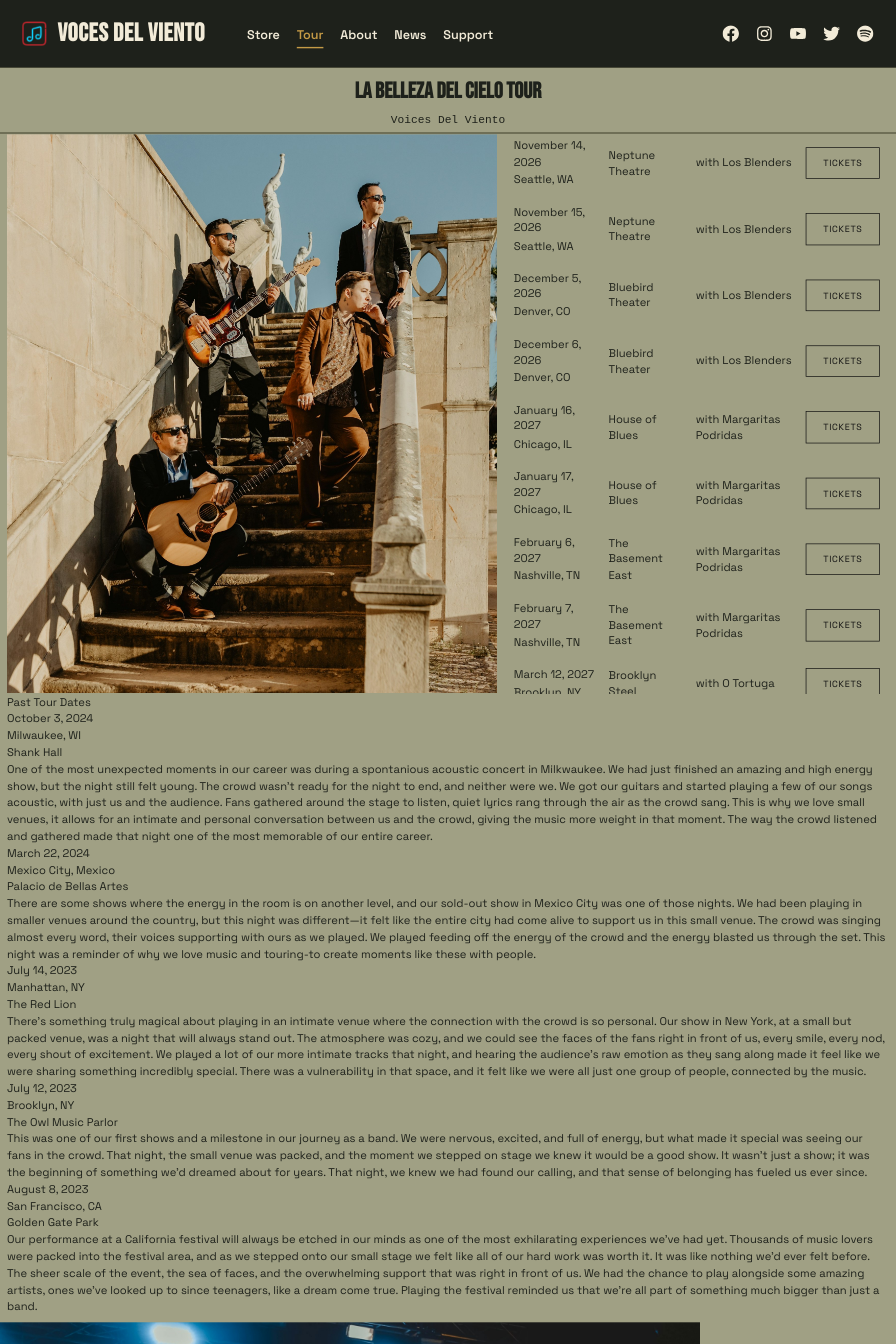
Repository: lime929/voices-del-viento
Page: /tour
These files come from the project's save history. The page is drawn as it stood at one moment and after the next save; the edit follows.
The browser window is 1280 px wide. The pictures show the part of the page from y = 0 to 1920 px (the page is 9957 px tall), at 70% of full size.
An inner scrolling area shows only its first screen. The project was rebuilt for these pictures with package versions that can differ from the ones it lists, and the page was loaded fresh each time. The framework's server and built-in components were replaced by stand-ins that run in the browser. Also part of the build but not shown: next.config.mjs.

Above is the page before, as saved 2026-09-14 15:18:19.

### app/layout.jsx
import '../app/globals.css';
import Footer from '../app/components/Footer';
import NavBar from '../app/components/NavBar';


export const metadata = {
  title: "Voces del Viento",
  description:
    "Voces del Viento is a Mexican indie rock band from Michoacán, blending classic Latin rock influences with modern sounds inspired by Caifanes, Juanes, and Los Enanitos Verdes. Discover their heartfelt music, cultural roots, and energetic live performances.",
  keywords: [
    "Voces del Viento",
    "Mexican indie rock",
    "Michoacán, Mexico",
    "Latin rock",
    "Alternative music",
    "band from Mexico",
    "indie music",
  ],
};

export default function MainLayout({ children }) {
  return (
    <html lang="en">
      <body>
        <NavBar />
        {children}
        <Footer />
      </body>
    </html>
  );
}

### app/tour/page.jsx
import styles from "./page.module.css";
import TourCurrent from "../components/TourCurrent";
import TourPast from "../components/TourPast";
import tours from "./tours.json";
import Image from "next/image";
import tourImage from "../../public/images/tour/tourImage.jpg";
import TourGallery from "../components/TourGallery";

export const metadata = {
  title: "Voces del Viento | Tour",
  description: "Live performances and tour dates for Voces del Viento. Check out our upcoming concerts and events.",
  keywords: [
    "Voces del Viento",
    "Concert announcements",
    "Live performances",
    "Tour dates",
    "Music events",
    "Band tour",
    "Live music",
    "Concert schedule",
    "Tour updates",
    "Music tour"
  ]
};

export default function TourPage() {
  const upcomingTours = tours.filter((tour) => tour.status === "upcoming");
  const pastTours = tours.filter((tour) => tour.status === "past");

  return (
    <>
      <div className={styles.tourContainer}>
      <div className={styles.tourHeader}>
        <h2 className={styles.tourTitle}>La Belleza del Cielo Tour</h2>
        <h4 className={styles.bandName}>Voices Del Viento</h4>
      </div>
       <div className={styles.currentColumns}>
  <div className={styles.currentTourImageWrap}>
          <Image
            src={tourImage}
            alt="Band's Tour image"
            width={700}
            height={800}
            sizes="100vw"
            className={styles.tourImage}
          />
        </div>
          <div className={styles.currentTourList}>
            {upcomingTours.map((tour) => (
            <TourCurrent key={tour.id} tour={tour} />
          ))}
          </div>
        </div>

        <div className={styles.pastTourList}>
          <h3 className={styles.pastTourTitle}>Past Tour Dates</h3>
          {pastTours.map((tour) => (
            <TourPast key={tour.id} tour={tour} />
          ))}
        </div>
      </div>
      <TourGallery />
    </>
  );
}

### app/globals.css
/* @import url("https://fonts.googleapis.com/css2?family=Bebas+Neue&family=DM+Sans:opsz,wght@9..40,400;9..40,500;9..40,600;9..40,700&family=Space+Mono:wght@400;700&display=swap");
@import url('https://fonts.googleapis.com/css2?family=Space+Grotesk:wght@300..700&display=swap'); */

@import url('https://fonts.googleapis.com/css2?family=Archivo+Black&family=Bebas+Neue&family=DM+Sans:ital,opsz,wght@0,9..40,100..1000;1,9..40,100..1000&family=Oswald:wght@200..700&family=Roboto+Mono:ital,wght@0,100..700;1,100..700&family=Space+Grotesk:wght@300..700&display=swap');
@import "tailwindcss";

@theme {
      /* Large headings and album titles */
  --font-display: "Bebas Neue", sans-serif;
    /* Paragraphs, navigation, and buttons */
  --font-body: "Space Grotesk", sans-serif;
    /* Dates, labels, and small details */
  --font-mono: "Space Mono", monospace;

    /* Main page background */
  --color-band-bg: #A0A084;
    /* Main text, dark sections & footer */
  --color-band-ink: #1E211B;
    /* Text on dark/red backgrounds */
  --color-band-cream: #F2EBD8;
    /* Borders and secondary accents */
  --color-band-olive: #5a5a44;
    /* Small highlights and labels */
  --color-band-gold: #C49A46;
}

body {
  font-family: var(--font-body);
  background-color: var(--color-band-bg);
  color: var(--color-band-ink);
  margin: 0;
  padding: 0;
}

### app/components/Footer.jsx
export default function Footer() {
  return (
    <footer className="border-t border-band-olive bg-band-ink py-8 px-4 sm:px-6">
      <div className="mx-auto max-w-6xl">
        <div className="flex flex-col items-center justify-between gap-8 text-sm md:flex-row">
          {/* Copyright */}
          <div className="order-2 text-center md:order-1 md:text-left">
            <p className="font-semibold text-band-cream">
              © {new Date().getFullYear()}{' '}
              <span className="font-black text-band-cream">Voices Del Viento</span>
            </p>
            <p className="mt-1 font-mono text-xs tracking-wider text-band-gold">
              Made with Next.js & Tailwind by Liliana Mendez
            </p>
          </div>

          {/* Right links */}
          <nav className="order-1 flex items-center gap-6 md:order-2">
            <a
              href="/store"
              className="border-b-2 border-transparent pb-1 text-sm font-semibold text-band-cream transition-all duration-200 hover:border-band-gold hover:text-band-gold"
            >
              Store
            </a>
            <a
              href="/tour"
              className="border-b-2 border-transparent pb-1 text-sm font-semibold text-band-cream transition-all duration-200 hover:border-band-gold hover:text-band-gold"
            >
              Tour
            </a>
            <a
              href="/about"
              className="border-b-2 border-transparent pb-1 text-sm font-semibold text-band-cream transition-all duration-200 hover:border-band-gold hover:text-band-gold"
            >
              About
            </a>
            <a
              href="/news"
              className="border-b-2 border-transparent pb-1 text-sm font-semibold text-band-cream transition-all duration-200 hover:border-band-gold hover:text-band-gold"
            >
              News
            </a>
            <a
              href="/support"
              className="border-b-2 border-transparent pb-1 text-sm font-semibold text-band-cream transition-all duration-200 hover:border-band-gold hover:text-band-gold"
            >
              Support
            </a>
          </nav>
        </div>
      </div>
    </footer>
  );
}

### app/components/NavBar.jsx
'use client';
import { useState } from "react";
import Link from "next/link";
import Image from "next/image";
import { usePathname } from "next/navigation";
import { FaBars, FaTimes, FaFacebook, FaInstagram, FaYoutube, FaTwitter,FaSpotify } from "react-icons/fa";
import logoIcon from '../../app/icon.png';

export default function NavBar() {
  const [isMobileMenuOpen, setIsMobileMenuOpen] = useState(false);
  const pathname = usePathname();

  return (
    <>
      <nav className="bg-band-ink border-b border-band-olive sticky top-0 z-50">
        <div className="px-4 lg:px-6">
          <div className="relative flex h-24 items-center justify-between">

            {/* Mobile menu button: always positioned absolute left and hidden on md+ screens */}
            <div className="absolute inset-y-0 left-0 flex items-center md:hidden">
              <button
                onClick={() => setIsMobileMenuOpen(!isMobileMenuOpen)}
                className="inline-flex items-center justify-center p-2 rounded-md text-band-cream hover:text-band-gold hover:bg-band-olive/20 focus:outline-none focus:ring-2 focus:ring-band-gold"
                aria-controls="mobile-menu"
                aria-expanded={isMobileMenuOpen}
              >
                <span className="sr-only">Open main menu</span>
                {isMobileMenuOpen ? (
                  <FaTimes className="block h-6 w-6" />
                ) : (
                  <FaBars className="block h-6 w-6" />
                )}
              </button>
            </div>

            <div className="flex flex-1 items-center justify-center md:justify-start">
              <Link href="/" className="flex flex-shrink-0 items-center gap-2 hover:opacity-90 transition">
                <Image
                  src={logoIcon}
                  alt="Voices Del Viento Logo"
                  width={50}
                  height={50}
                  priority
                />

                <span className="hidden font-display text-4xl font-bold uppercase tracking-wide text-band-cream transition-colors hover:text-band-gold md:block md:mr-9">
                Voces Del Viento
                </span>
              </Link>


              <div className="hidden md:ml-6 md:block md:pt-2">
                <div className="flex space-x-4 lg:space-x-6">
                  <Link
                    href="/store"
                    className={`${
                      pathname === "/store" ? "border-b-2 border-band-gold text-band-gold" : "border-b-2 border-transparent text-band-cream hover:text-band-gold hover:border-band-gold"
                    } text-lg font-semibold pb-1 transition-all`}
                  >
                    Store
                  </Link>
                  <Link
                    href="/tour"
                    className={`${
                      pathname === "/tour" ? "border-b-2 border-band-gold text-band-gold" : "border-b-2 border-transparent text-band-cream hover:text-band-gold hover:border-band-gold"
                    } text-lg font-semibold pb-1 transition-all`}
                  >
                    Tour
                  </Link>
                  <Link
                    href="/about"
                    className={`${
                      pathname === "/about" ? "border-b-2 border-band-gold text-band-gold" : "border-b-2 border-transparent text-band-cream hover:text-band-gold hover:border-band-gold"
                    } text-lg font-semibold pb-1 transition-all`}
                  >
                    About
                  </Link>
                  <Link
                    href="/news"
                    className={`${
                      pathname === "/news" ? "border-b-2 border-band-gold text-band-gold" : "border-b-2 border-transparent text-band-cream hover:text-band-gold hover:border-band-gold"
                    } text-lg font-semibold pb-1 transition-all`}
                  >
                    News
                  </Link>
                  <Link
                    href="/support"
                    className={`${
                      pathname === "/support" ? "border-b-2 border-band-gold text-band-gold" : "border-b-2 border-transparent text-band-cream hover:text-band-gold hover:border-band-gold"
                    } text-lg font-semibold pb-1 transition-all`}
                  >
                    Support
                  </Link>
                </div>
              </div>
            </div>

            <div className="absolute inset-y-0 right-0 flex items-center pr-2 md:static md:ml-6 md:pr-0">
              <div className="flex items-center gap-2 text-band-cream">
             <button className="relative p-2 rounded-full transition-transform duration-250 ease-in-out hover:scale-110 hover:text-band-gold">
                    <FaFacebook className="h-6 w-6" />
                </button>
             <button className="relative p-2 rounded-full transition-transform duration-250 ease-in-out hover:scale-110 hover:text-band-gold">
                    <FaInstagram className="h-6 w-6" />
                </button>
             <button className="relative p-2 rounded-full transition-transform duration-250 ease-in-out hover:scale-110 hover:text-band-gold">
                    <FaYoutube className="h-6 w-6" />
                </button>
             <button className="relative p-2 rounded-full transition-transform duration-250 ease-in-out hover:scale-110 hover:text-band-gold">
                    <FaTwitter className="h-6 w-6" />
                </button>
            <button className="relative p-2 rounded-full transition-transform duration-250 ease-in-out hover:scale-110 hover:text-band-gold">
                    <FaSpotify className="h-6 w-6" />
                </button>
              </div>
            </div>
          </div>
        </div>

        {/* Mobile menu */}
        {isMobileMenuOpen && (
          <div className="md:hidden bg-band-ink/95 backdrop-blur-md border-t border-band-olive px-4 pb-4 pt-2 space-y-1">
            <Link
              href="/store"
              className={`${
                pathname === "/store" ? "bg-band-olive/20 text-band-cream" : "border-b-2 border-transparent text-band-cream hover:bg-band-olive/20 hover:text-band-gold"
              } block rounded-md px-3 py-3 text-base font-semibold transition-colors`}
              onClick={() => setIsMobileMenuOpen(false)}
            >
              Store
            </Link>
            <Link
              href="/tour"
              className={`${
                pathname === "/tour" ? "bg-band-olive/20 text-band-cream" : "border-b-2 border-transparent text-band-cream hover:bg-band-olive/20 hover:text-band-gold"
              } block rounded-md px-3 py-3 text-base font-semibold transition-colors`}
              onClick={() => setIsMobileMenuOpen(false)}
            >
              Tour
            </Link>
            <Link
              href="/about"
              className={`${
                pathname === "/about" ? "bg-band-olive/20 text-band-cream" : "border-b-2 border-transparent text-band-cream hover:bg-band-olive/20 hover:text-band-gold"
              } block rounded-md px-3 py-3 text-base font-semibold transition-colors`}
              onClick={() => setIsMobileMenuOpen(false)}
            >
              About
            </Link>
            <Link
              href="/news"
              className={`${
                pathname === "/news" ? "bg-band-olive/20 text-band-cream" : "border-b-2 border-transparent text-band-cream hover:bg-band-olive/20 hover:text-band-gold"
              } block rounded-md px-3 py-3 text-base font-semibold transition-colors`}
              onClick={() => setIsMobileMenuOpen(false)}
            >
              News
            </Link>
            <Link
              href="/support"
              className={`${
                pathname === "/support" ? "bg-band-olive/20 text-band-cream" : "border-b-2 border-transparent text-band-cream hover:bg-band-olive/20 hover:text-band-gold"
              } block rounded-md px-3 py-3 text-base font-semibold transition-colors`}
              onClick={() => setIsMobileMenuOpen(false)}
            >
              Support
            </Link>
          </div>
        )}
      </nav>
    </>
  );
}

### app/tour/page.module.css
/* Tour banner */
.tourContainer {
  display: flex;
  flex-direction: column;
  padding: 10px;
  background-color: var(--color-band-bg);
}
.tourHeader {
    align-items: center;
    text-align: center;
    width: 100vw;
    margin-left: calc(50% - 50vw);
    box-sizing: border-box;
}

.bandName {
  font-family: var(--font-mono);
  border-bottom: 2px solid var(--color-band-olive);
  padding-bottom: 5px;
}

.tourTitle {
  font-size: 2rem;
  font-weight: bold;
  margin-bottom: 5px;
  color: var(--color-band-ink);
  font-family: var(--font-display);
}

/* current tour */
.currentColumns {
  display: grid;
  grid-template-columns: 1fr 1fr;
  align-items: center;
  width: 100%;
}

.currentTourImageWrap {
  width: 700px;
  margin-top: 0;
  /* margin-left: 16px */
}

.tourImage {
  width: 100%;
  height: auto;
  display: block;
}

.currentTourList {
  display: flex;
  flex-direction: column;
  gap: 0;
  max-height: 800px;
  overflow-y: auto;
  padding-right: 0.5rem;
}

.tourEntry {
  display: grid;
  grid-template-columns: 1.1fr 1fr 1.3fr auto;
  grid-template-rows: auto auto;
  align-items: center;
  gap: 1rem;
  padding: 0.4rem 0.3rem 0.1rem 1.5rem;
}

.tourEntry:hover {
  background-color: rgba(0, 0, 0, 0.05);
  transition: background-color 0.2s ease;
}

.tourDateLocation {
  display: flex;
  flex-direction: column;
  gap: 0.2rem;
}

.tourDateCell,
.tourLocationCell,
.tourVenueCell,
.tourGuestCell {
  font-size: 1rem;
  line-height: 1.4;
  margin: 0;
}

.tourTickets {
  justify-self: end;
  padding: 0.75rem 1.5rem;
  border: 1px solid #111;
  text-decoration: none;
  color: #111;
  text-transform: uppercase;
  letter-spacing: 0.08em;
  font-size: 0.8rem;
  transition: background-color 0.2s ease, color 0.2s ease;
}

.tourTickets:hover {
  background-color: #111;
  color: #fff;
}

/* Tour Gallery */
/* Default thumbnail styling */
.tourGalleryImage {
  width: 100%;
  height: auto;
  cursor: zoom-in;
  transition: transform 0.3s ease; /* Smooth enlargement effect */
}

/* Styling applied when the image is clicked */
.tourGalleryImage.enlarged {
  transform: scale(2); /* Doubles the size. Adjust the scale ratio as needed */
  cursor: zoom-out;
  z-index: 999;        /* Layers it above other elements */
  position: relative;  /* Ensures z-index takes effect */
}

### app/components/TourCurrent.jsx
import styles from "../tour/page.module.css";

export default function TourCurrent({ tour }) {
  return (
    <div className={styles.tourEntry}>
      <div className={styles.tourDateLocation}>
        <div className={styles.tourDateCell}>{tour.date}</div>
        <div className={styles.tourLocationCell}>{tour.location}</div>
      </div>

      <div className={styles.tourVenueCell}>{tour.venue}</div>

      {tour.specialGuest && (
        <div className={styles.tourGuestCell}>{tour.specialGuest}</div>
      )}

      {tour.tickets && (
        <a
          href={tour.tickets.href}
          className={styles.tourTickets}
          target="_blank"
        >
          {tour.tickets.label}
        </a>
      )}
    </div>
  );
}

### app/components/TourPast.jsx
import styles from "../tour/page.module.css";

export default function TourPast({ tour }) {
  return (
  <>
    <div className={styles.pastTour}>
            <p className={styles.tourDate}>{tour.date}</p>
            <p className={styles.tourLocation}>{tour.location}</p>
            <p className={styles.tourVenue}>{tour.venue}</p>
            <p className={styles.tourDescription}>{tour.description}</p>
    </div>
  </>
  );
}

### app/components/TourGallery.jsx
"use client";

import { useState } from "react";
import Image from "next/image";
import styles from "../tour/page.module.css";
import tour1 from "../../public/images/tour/tour-1.jpg";
import tour2 from "../../public/images/tour/tour-2.jpg";
import tour3 from "../../public/images/tour/tour-3.jpg";
import tour4 from "../../public/images/tour/tour-4.jpg";
import tour5 from "../../public/images/tour/tour-5.jpg";
import tour6 from "../../public/images/tour/tour-6.jpg";
import tour7 from "../../public/images/tour/tour-7.jpg";
import tour8 from "../../public/images/tour/tour-8.jpg";

const images = [tour1, tour2, tour3, tour4, tour5, tour6, tour7, tour8];

export default function TourGallery() {
  const [selectedImage, setSelectedImage] = useState(images[0]);

  return (
    <div className={styles.tourGallery}>
      <div className={styles.tourSpotlight}>
        <Image
          src={selectedImage}
          alt="Selected tour image"
          width={1000}
          height={800}
          className={styles.tourSpotlightImage}
        />
      </div>

      <div className={styles.tourGalleryGrid}>
        {images.map((image, index) => (
          <button
            key={index}
            type="button"
            className={styles.tourGalleryThumbButton}
            onClick={() => setSelectedImage(image)}
            aria-label={`View tour image ${index + 1}`}
          >
            <Image
              src={image}
              alt={`Tour Image ${index + 1}`}
              width={300}
              height={240}
              className={styles.tourGalleryImage}
            />
          </button>
        ))}
      </div>
    </div>
  );
}

Loaded but not shown: app/tour/tours.json (247 lines, source omitted)

After the next save:
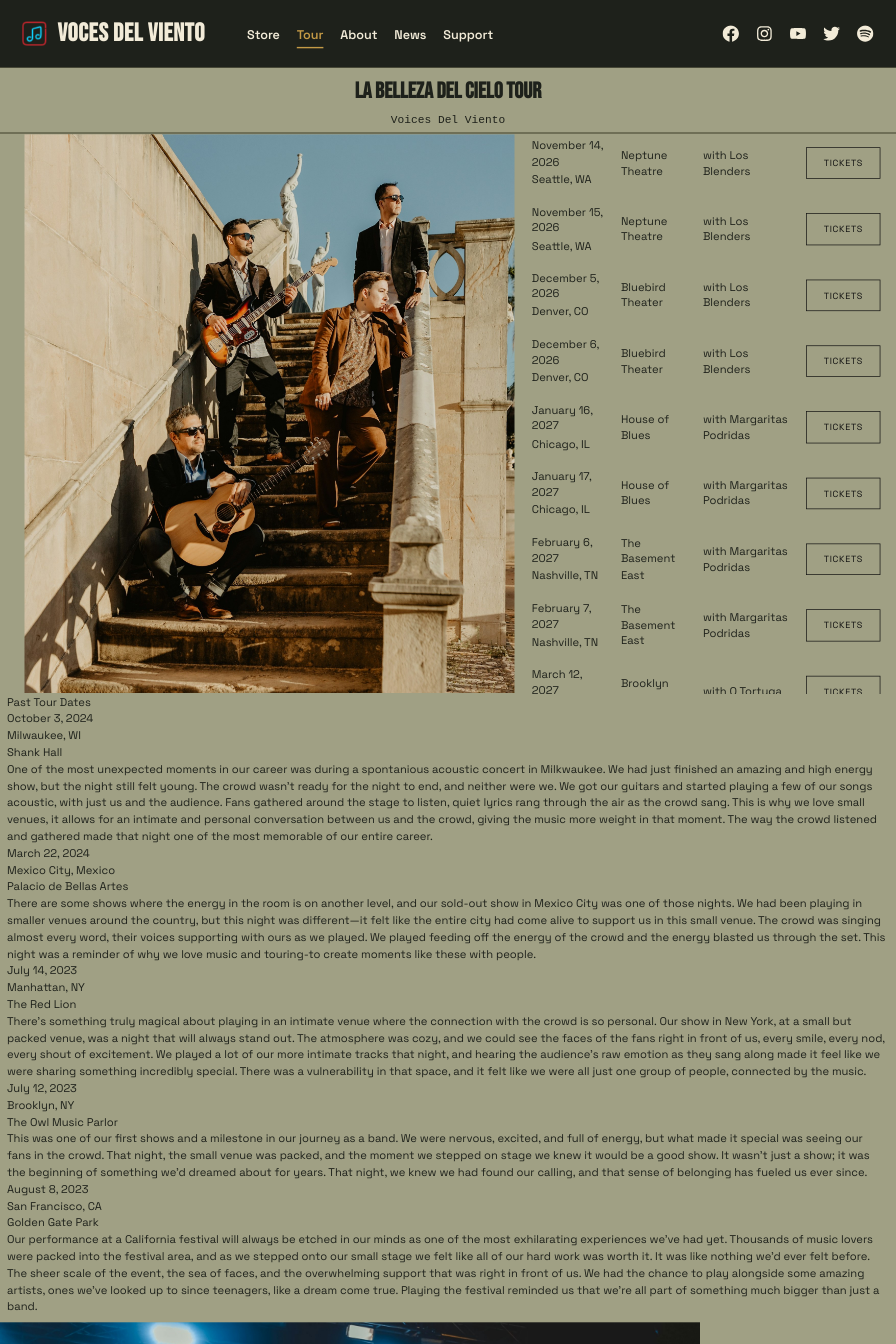
Saved 5 s later.
--- a/app/tour/page.module.css
+++ b/app/tour/page.module.css
@@ -38,7 +38,7 @@
 .currentTourImageWrap {
   width: 700px;
   margin-top: 0;
-  /* margin-left: 16px */
+  margin-left: 25px
 }
 
 .tourImage {
